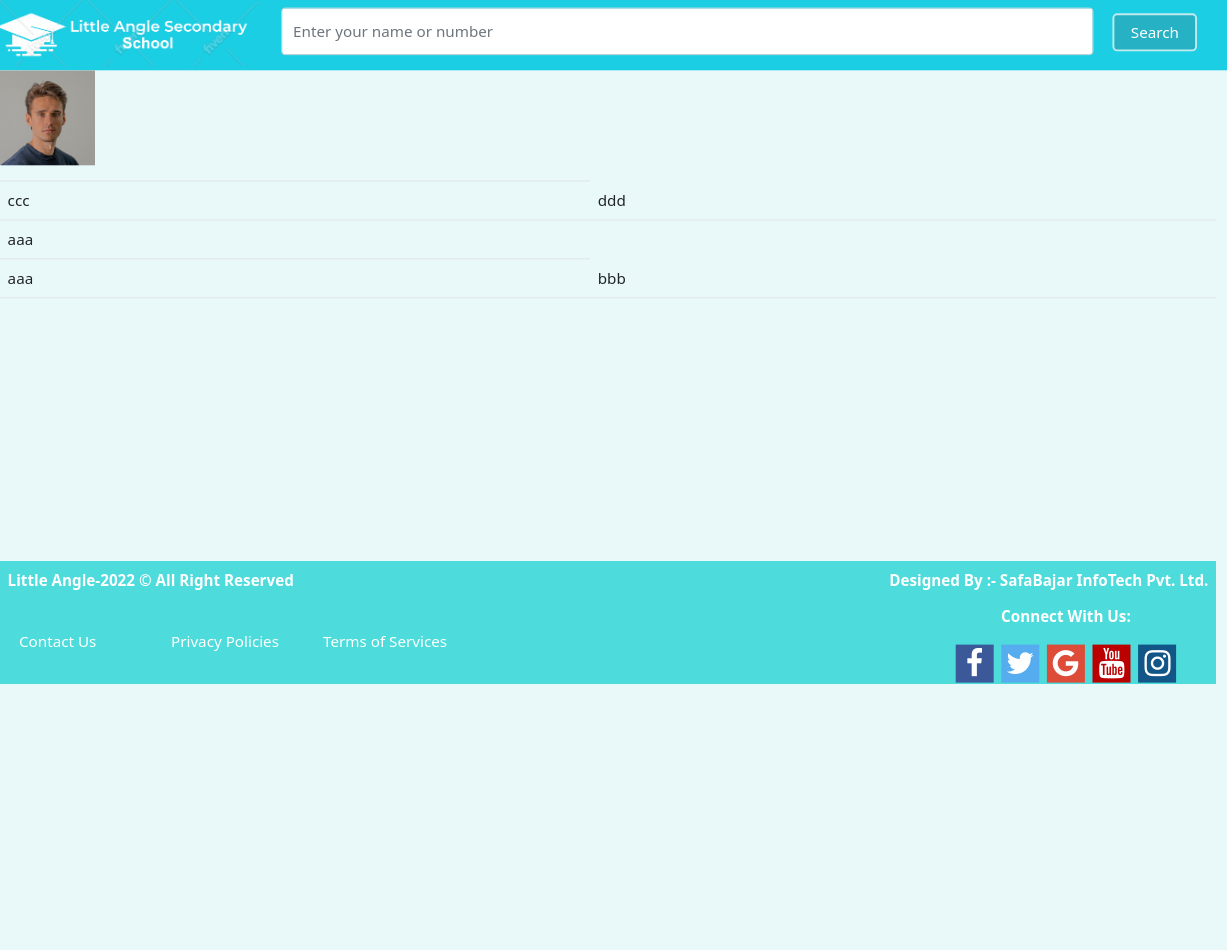
Repository: Sjuicyy/School-Project
Page: profilesview.html
An editor plug-in stored every save of this project. The page is shown before and after the next save, followed by the edit.
The browser window is 1280 px wide. The page is 1292 px wide, so the pictures cover 1292 px, including what lies to the right of the window. The pictures show the whole page, at 95% of full size.

Above is the page before, as saved 2022-09-22 11:41:51.

### profilesview.html
<!doctype html>
<html lang="en">

<head>
    <!-- Required meta tags -->
    <meta charset="utf-8">
    <meta name="viewport" content="width=device-width, initial-scale=1">

    <!-- Bootstrap CSS -->
    <link href="https://cdn.jsdelivr.net/npm/bootstrap@5.0.2/dist/css/bootstrap.min.css" rel="stylesheet"
        integrity="sha384-EVSTQN3/azprG1Anm3QDgpJLIm9Nao0Yz1ztcQTwFspd3yD65VohhpuuCOmLASjC" crossorigin="anonymous">

    <link rel="stylesheet" href="https://cdnjs.cloudflare.com/ajax/libs/font-awesome/4.7.0/css/font-awesome.min.css">


    <style>
        body {
            height: 1000px;
        }

        .navcol {
            background-color: rgb(28, 206, 228);
        }

        .row0 div {
            width: auto;
            display: flex;
        }

        .img {
            height: 70px;
            width: 100%;
        }

        .form-control {
            height: 50px;
        }


        .btn1 {
            background-color: rgb(38, 178, 196);
            color: white;
            height: 40px;
            width: 100px;
            margin: 20px;
            margin-top: 14px;
            border: 2px solid rgba(255, 255, 255, 0.715);
            border-radius: 5px;
        }

        .btn1:hover {
            background-color: rgba(0, 225, 255, 0);
            border: 2px solid white;
            outline: none;
        }

        .btn1:active {
            color: rgba(255, 255, 255, 0.667);
            border: 2px solid rgba(255, 255, 255, 0.533);
        }

        .footer {
            background-color: rgb(77, 219, 219);
            position: fixed;
            width: 100%;
            overflow: AUTO;
            color: rgb(255, 255, 255);
            bottom: 0;
        }

        .footer::-webkit-scrollbar {
            display: none;
        }


        .fb {

            width: 160px
        }

        .fa1 {
            font-size: xx-large;
            padding: 4px;
            margin: 2px;
            width: 40px;
            text-decoration: none;
        }

        .fa-facebook {
            background: #3B5998;
            color: white;
        }

        .fa-twitter {
            background: #55ACEE;
            color: white;
        }

        .fa-google {
            background: #dd4b39;
            color: white;
        }

        .fa-youtube {
            background: #bb0000;
            color: white;
        }

        .fa-instagram {
            background: #125688;
            color: white;
        }

        .red {
            border: 1px solid rgb(219, 77, 77);
        }

        .green {
            border: 1px solid rgb(2, 183, 255);
        }

        .yello {
            border: 1px solid rgb(193, 255, 6);
        }

        .btn2 {
            background-color: rgb(77, 219, 219);
            width: 400px;
        }

        .color {
            color: rgb(28, 206, 228);
        }

        .a {
            text-decoration: none;
            color: rgb(77, 219, 219);
        }

        .loginopt {
            background-color: rgb(255, 255, 255);
            color: rgb(28, 206, 228);
            border: 2px solid;
            width: 43px;
            border-radius: 100px;
            margin: 10px;
        }

        .loginopt:hover {
            color: #0c91f7;
        }

        .btn2:hover {
            background-color: #2a8bd0;
        }
    </style>
    <title>Little Angle School</title>
</head>

<body style="background-color:#99e6e335 ;>
    <!-- heading start -->
    <div class=" container-fluid text-center">
    <div class="row row0 navcol">
        <div class="col-3">
            <a href="pages.html">
                <img class="img" src="./school.png" alt="">
            </a>
        </div>
        <div class="col">
            <input class="form-control mt-2 " type="search" placeholder="Enter your name or number "
                aria-label="Search">
            <button class="btn1" type="submit">Search</button>
            </form>
        </div>
    </div>
    </div>
    <!-- heading end -->



    <!-- profile view body  -->




    <!-- <div class="container mt-4 w-75" style="border: 3px solid #0c91f7;">
        <div class="m-1">


        <div class="row">
            <div class="col-auto  ">
                <img src=" ./profile pic.jpg" width="100px" alt="">
            </div>
            <div class="col " style="">
                <div class="row mt-3 m-auto">
                    <div class="col-auto m-auto w-50 "><b>Name: </b>Shyam Joshi</div>
                    <div class="col-auto m-auto w-50 "><b> Email: </b>Sjuicyy@gmail.com</div>
                </div>
                <div class="row mt-3 m-auto">
                    <div class="col-auto m-auto w-50 "><B>DoB: </B>2055/04/31</div>
                    <div class="col-auto m-auto w-50 "><b>Mobile</b>: +977-9867867202</div>
                </div>
            </div>
            <div class="col-auto " style="overflow:hidden; width:100px">
                <div class="col mt-3 ">
                    <div class="btn btn-primary btn-sm  w-100">view</div>
                </div>
                <div class="col  mt-2">
                    <div class="btn btn-primary btn-sm  w-100">Edit</div>
                </div>
            </div>
        </div>

    </div>
    </div> -->



    <!-- // profile view body  -->





    <!-- another responsive table start -->










    <div class="table-responsive text-nowrap">
        <table class="table table-hover">
            <tbody class="table-border-bottom-0">
                <tr class="text-nowrap">
                    <td>
                        <tr>
                            <td>ccc</td>
                            <td>ddd</td>
                        </tr>
                        <tr>
                            <td>aaa</td>
                        </tr>
                        <img src="./profile pic.jpg" width="100px" alt="">
                            <td>aaa</td>
                            <td>bbb</td>
                        </tr>
                    </td>

                </tr>
            </tbody>
        </table>
    </div>
    <!-- another responsive table end -->








    <!-- footer start -->


    <div class="footer">
        <div class="row ">
            <div class="col mx-2 mt-2" style="text-align:left"> <b>Little Angle-2022 © All Right Reserved</b> </div>
            <div class="col mx-2 mt-2" style="text-align:right">
                <p> <b>Designed By :- SafaBajar InfoTech Pvt. Ltd.</b> </p>
            </div>
        </div>
        <div class="row mx-2">
            <div class="col-2  fb" style="text-align:left;margin-top:25px">Contact Us</div>
            <div class="col-2  fb" style="text-align:left;margin-top:25px">Privacy Policies</div>
            <div class="col-2  fb" style="text-align:left;margin-top:25px">Terms of Services</div>
            <div class="col  fb" style="text-align:left"></div>
            <div class="col-6 fb mt-2" style="text-align:center;width:300px">
                <p style="margin-top: -10px;"> <b>Connect With Us:</b> </p>
                <a href="https://www.facebook.com/search/top?q=safabazar%20private%20limited" class="fa fa1 fa-facebook"
                    style="text-align:center;margin-top:-10px"></a>
                <a href="#" class="fa fa1 fa-twitter"></a>
                <a href="#" class="fa fa1 fa-google"></a>
                <a href="#" class="fa fa1 fa-youtube"></a>
                <a href="#" class="fa fa1 fa-instagram"></a>
            </div>
        </div>

    </div>

    </div>

    </div>












    <!-- Optional JavaScript; choose one of the two! -->

    <!-- Option 1: Bootstrap Bundle with Popper -->
    <script src="https://cdn.jsdelivr.net/npm/bootstrap@5.0.2/dist/js/bootstrap.bundle.min.js"
        integrity="sha384-MrcW6ZMFYlzcLA8Nl+NtUVF0sA7MsXsP1UyJoMp4YLEuNSfAP+JcXn/tWtIaxVXM"
        crossorigin="anonymous"></script>

    <!-- Option 2: Separate Popper and Bootstrap JS -->
    <!--
    <script src="https://cdn.jsdelivr.net/npm/@popperjs/core@2.9.2/dist/umd/popper.min.js" integrity="sha384-IQsoLXl5PILFhosVNubq5LC7Qb9DXgDA9i+tQ8Zj3iwWAwPtgFTxbJ8NT4GN1R8p" crossorigin="anonymous"></script>
    <script src="https://cdn.jsdelivr.net/npm/bootstrap@5.0.2/dist/js/bootstrap.min.js" integrity="sha384-cVKIPhGWiC2Al4u+LWgxfKTRIcfu0JTxR+EQDz/bgldoEyl4H0zUF0QKbrJ0EcQF" crossorigin="anonymous"></script>
    -->
</body>

</html>

After the next save:
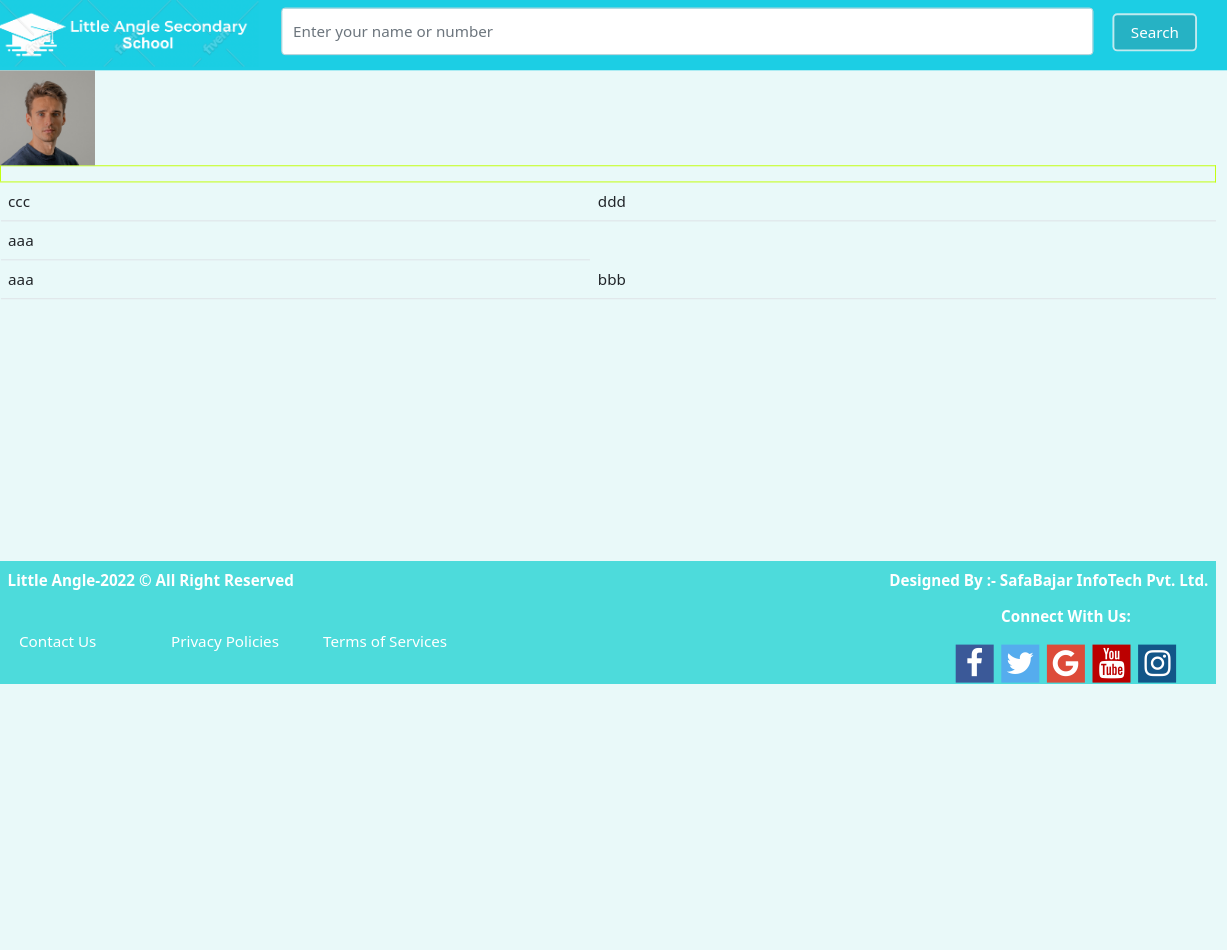
Saved 111 s later.
--- a/profilesview.html
+++ b/profilesview.html
@@ -236,7 +236,7 @@
     <div class="table-responsive text-nowrap">
         <table class="table table-hover">
             <tbody class="table-border-bottom-0">
-                <tr class="text-nowrap">
+                <tr class="text-nowrap yello">
                     <td>
                         <tr>
                             <td>ccc</td>
